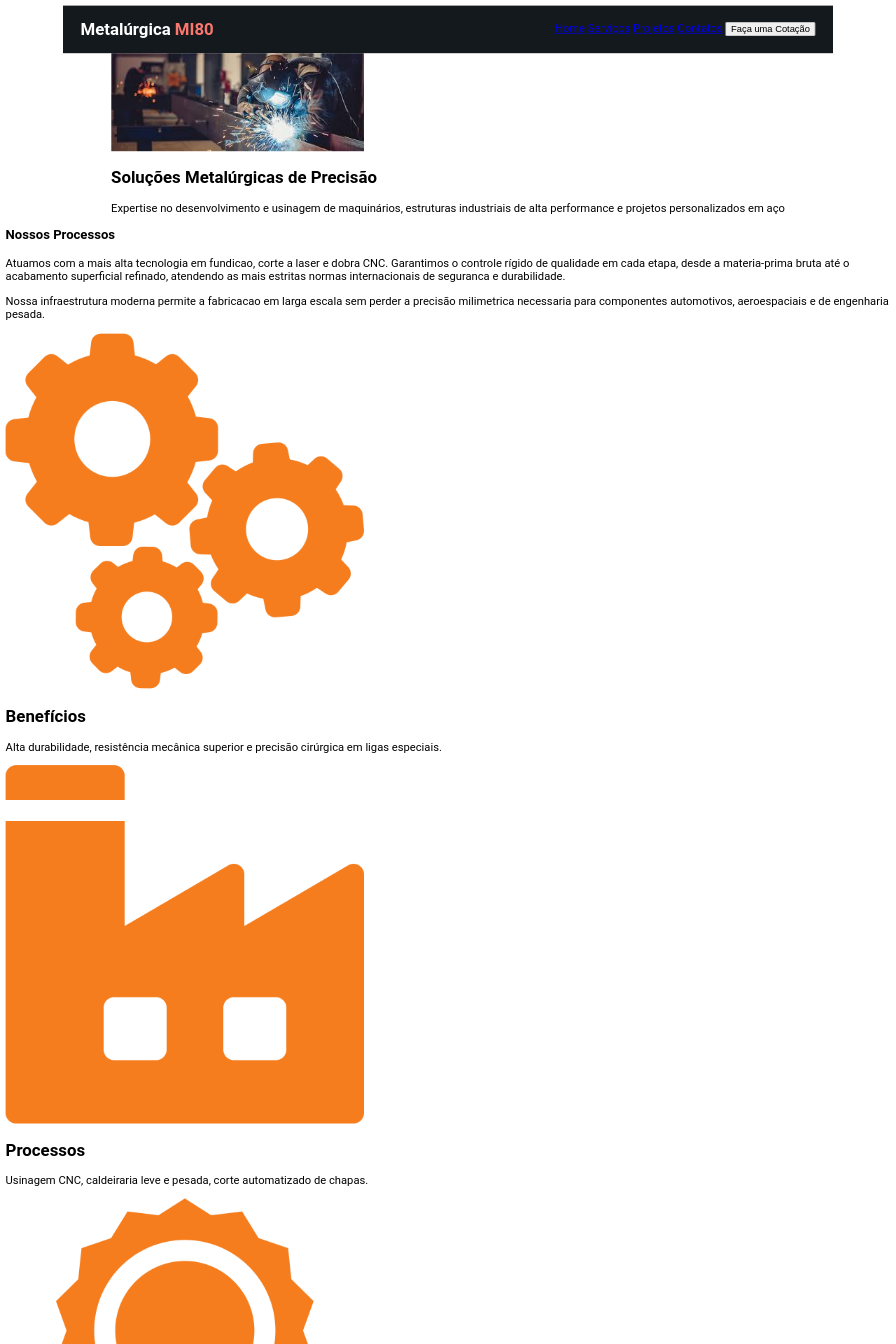
Repository: guiCherpinski/landing-page-metalurgica
Page: index.html
These files come from the project's save history. The page is drawn as it stood at one moment and after the next save; the edit follows.
The browser window is 1280 px wide. The pictures show the part of the page from y = 0 to 1920 px (the page is 5681 px tall), at 70% of full size.

Above is the page before, as saved 2026-06-03 19:50:11.

After the next save:
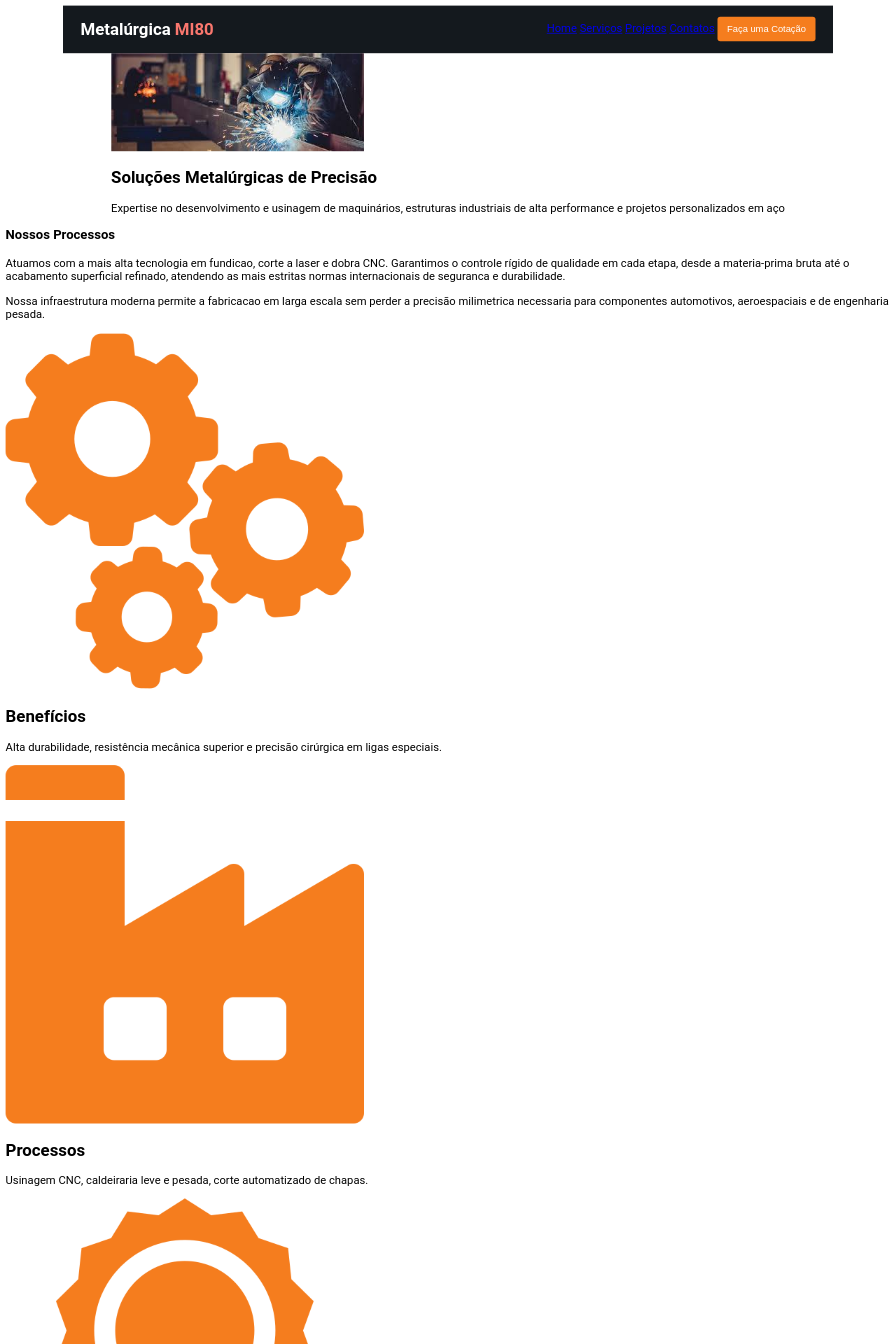
Saved 4 s later.
--- a/style.css
+++ b/style.css
@@ -24,7 +24,9 @@ header nav {
     margin-right: 25px;
 }
 
-header
+header nav a {
+
+}
 
 
 header button {
